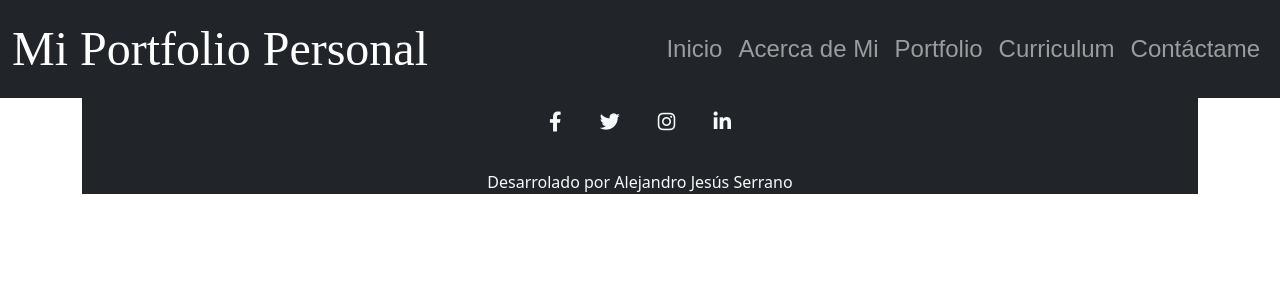
Repository: AlejandroJesusSerrano/portfolio
Page: portfolio/core/templates/core/base.html
An editor plug-in stored every save of this project. The page is shown before and after the next save, followed by the edit.
The browser window is 1280 px wide. The pictures show the whole page.
Some web fonts or font styles are not loaded; a fallback is used. The template is drawn by Django 4.2. The application's start-up code is not run. Other server files are loaded and not shown. The template is opened directly, without the code that normally fills it, so the values that code supplies are empty.

Above is the page before, as saved 2023-09-06 08:27:37.

### portfolio/core/templates/core/base.html
{% load static %}

<!DOCTYPE html>
<html lang="en">

<head>
  <meta charset="UTF-8">
  <meta name="viewport" content="width=device-width, initial-scale=1.0">
  <link rel="stylesheet" href={% static 'lib/bootstrap-5.2/css/bootstrap.min.css' %}>
  <link rel="stylesheet" href={% static 'lib/fontawesome-6.4.2/css/all.min.css' %}>
  <link rel="stylesheet" href={% static 'css/styles.css' %}>
  <title>Portafolio Personal - {% block title %} {% endblock title %}</title>
</head>

<body>
  <!-- HEADER -->
  <nav class="navbar navbar-expand-lg navbar-dark bg-dark">
    <div class="container-fluid">
      <a class="navbar-brand brand" href={% url 'home' %}>Mi Portfolio Personal</a>
      <button class="navbar-toggler" type="button" data-bs-toggle="collapse" data-bs-target="#navbarNav"
        aria-controls="navbarNav" aria-expanded="false" aria-label="Toggle navigation">
        <span class="navbar-toggler-icon"></span>
      </button>
      <div class="collapse navbar-collapse" id="navbarNav">
        <ul class="navbar-nav nav_menu ms-auto">
          <li class="nav-item">
            <a class="nav-link" aria-current="page" href={% url 'home' %}>Inicio</a>
          </li>
          <li class="nav-item">
            <a class="nav-link" href={% url 'about' %}>Acerca de Mi</a>
          </li>
          <li class="nav-item">
            <a class="nav-link" href={% url 'portfolio' %}>Portfolio</a>
          </li>
          <li class="nav-item">
            <a class="nav-link" href={% url 'curriculum' %}>Curriculum</a>
          </li>
          <li class="nav-item">
            <a class="nav-link" href={% url 'contact' %}>Contáctame</a>
          </li>
        </ul>
      </div>
    </div>
  </nav>

  <!-- CONTENT - Template Tags -->

  {% block content %} {%endblock content%}

  <div class="container mb-0 col-12">
    <footer class="bg-dark text-center text-light">
      <section class="mb-4">
        <div class="container">
          <a class="btn btn-link btn-floating btn-lg text-light" href="#" role="button">
            <i class="fab fa-facebook-f"></i>
          </a>
          <a class="btn btn-link btn-floating btn-lg text-light" href="#" role="button">
            <i class="fab fa-twitter"></i>
          </a>
          <a class="btn btn-link btn-floating btn-lg text-light" href="#" role="button">
            <i class="fab fa-instagram"></i>
          </a>
          <a class="btn btn-link btn-floating btn-lg text-light" href="#" role="button">
            <i class="fab fa-linkedin-in"></i>
          </a>
        </div>
      </section>
      <section>
        <div class="container">
          <p>Desarrolado por Alejandro Jesús Serrano</p>
        </div>
      </section>
    </footer>
  </div>
  <!-- End of .container -->

  <script src={% static 'lib/bootstrap-5.2/js/bootstrap.min.js' %}></script>
  <script src={% static 'lib/fontawesome-6.4.2/js/all.min.js' %}></script>
</body>

</html>

### portfolio/static/css/styles.css
@import url("https://fonts.googleapis.com/css2?family=Arima:wght@500;700&family=Average+Sans&family=Mulish:ital,wght@0,400;0,500;0,700;1,400;1,500;1,700&display=swap");

* {
  margin: 0;
  padding: 0;
  box-sizing: border-box;
}

.brand {
  font-family: "Arima", cursive;
  font-size: 3rem;
}

.nav_menu {
  font-family: "Average Sans", sans-serif;
  font-size: 1.5rem;
}

.develop {
  margin-bottom: 2px;
  font-family: "Arima", cursive;
  font-size: 1rem;
}

Loaded but not shown: portfolio/static/lib/bootstrap-5.2/css/bootstrap.min.css (library); portfolio/static/lib/fontawesome-6.4.2/css/all.min.css (library); portfolio/static/lib/bootstrap-5.2/js/bootstrap.min.js (library)

After the next save:
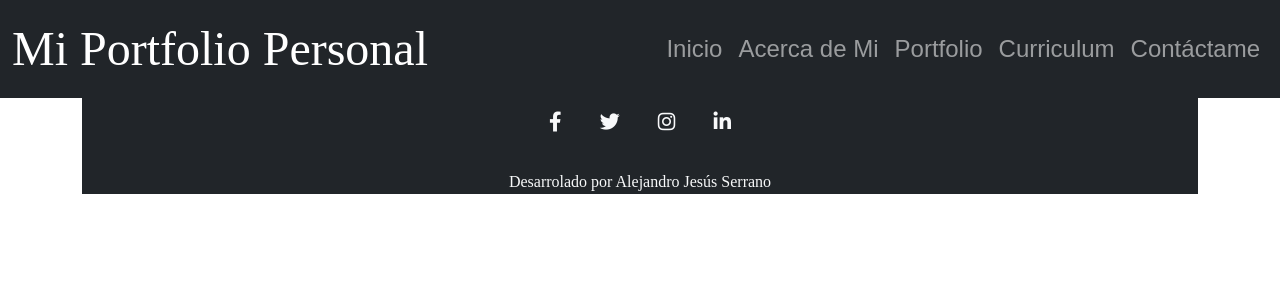
Saved 12 s later.
--- a/portfolio/core/templates/core/base.html
+++ b/portfolio/core/templates/core/base.html
@@ -66,7 +66,7 @@
         </div>
       </section>
       <section>
-        <div class="container">
+        <div class="container develop">
           <p>Desarrolado por Alejandro Jesús Serrano</p>
         </div>
       </section>
